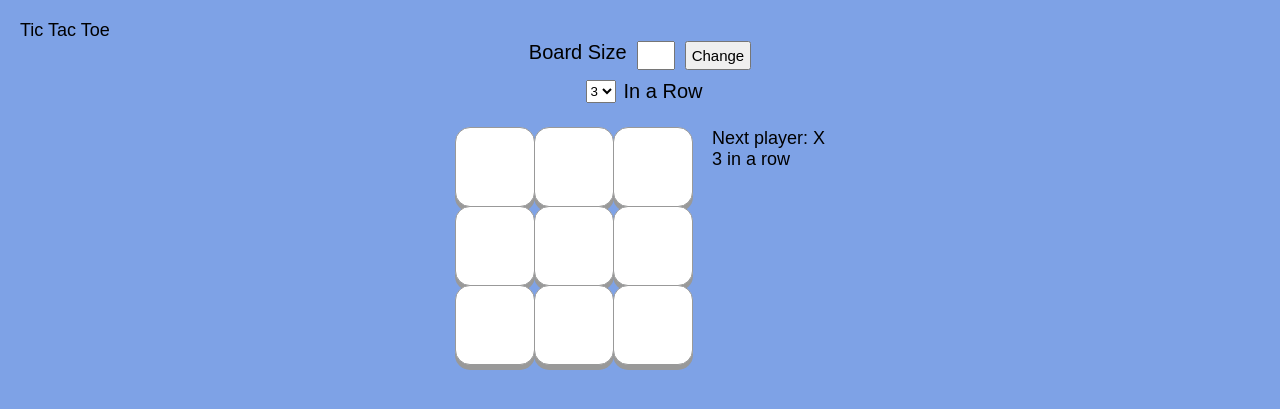
Repository: yshong211/tic-tac-toe-0708
Page: /
An editor plug-in stored every save of this project. The page is shown before and after a run of saves, followed by the edit.
The browser window is 1280 px wide. The pictures show the whole page.
The project was rebuilt for these pictures with package versions that can differ from the ones it lists, and the page was loaded fresh each time.

Above is the page before, as saved 2020-07-09 10:20:47.

After the next 2 saves:
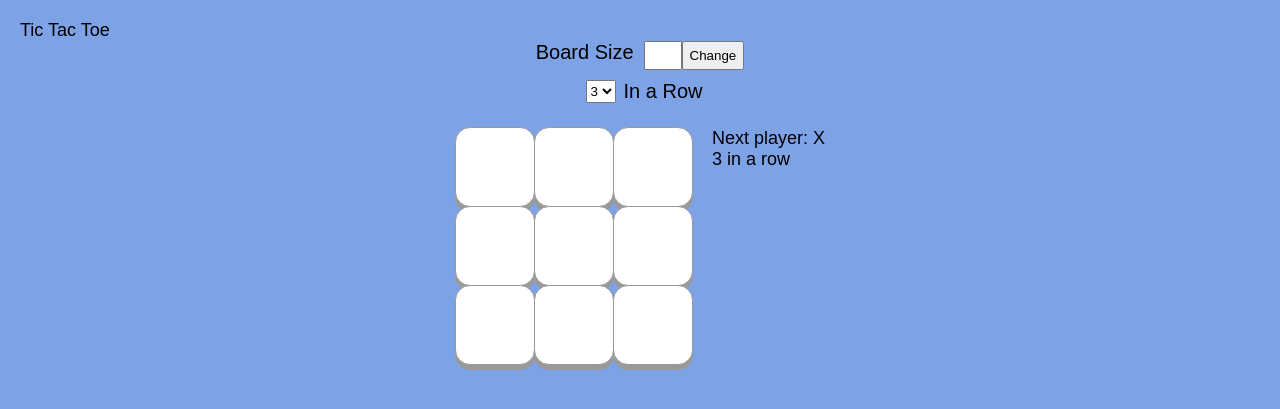
The 2 saves are shown as one change because they came seconds apart.
The last was saved 12 s later.
--- a/src/components/getDim/getDim.css
+++ b/src/components/getDim/getDim.css
@@ -9,6 +9,7 @@
 form {
   margin-bottom: 10px;
 }
+.name
 .submit {
   margin-left: 10px;
   padding: 3px 5px;

After the save that followed:
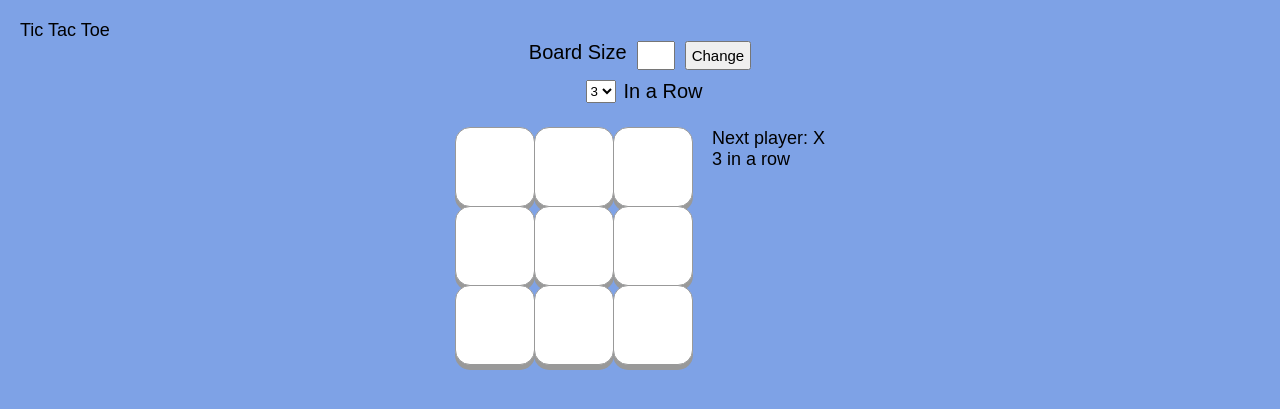
Saved 5 s later.
--- a/src/components/getDim/getDim.css
+++ b/src/components/getDim/getDim.css
@@ -9,7 +9,9 @@
 form {
   margin-bottom: 10px;
 }
-.name
+.game_name {
+
+}
 .submit {
   margin-left: 10px;
   padding: 3px 5px;
